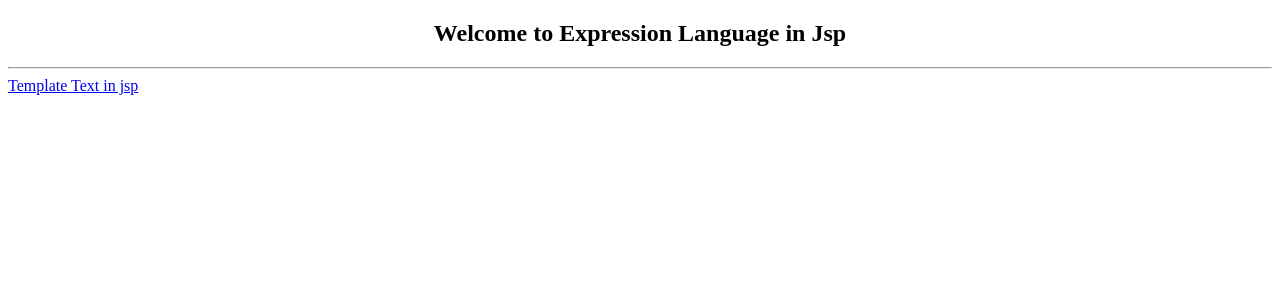
Repository: imrangthub/BlogUsingCoreJava
Page: http://localhost/StartingJsp_00/ExpressionLanguageOfJsp/index.jsp
An editor plug-in stored every save of this project. The page is shown before and after the next save, followed by the edit.
The browser window is 1280 px wide. The pictures show the whole page.
The page is served by Tomcat 9.

Above is the page before, as saved 2016-12-25 13:07:32.

After the next save:
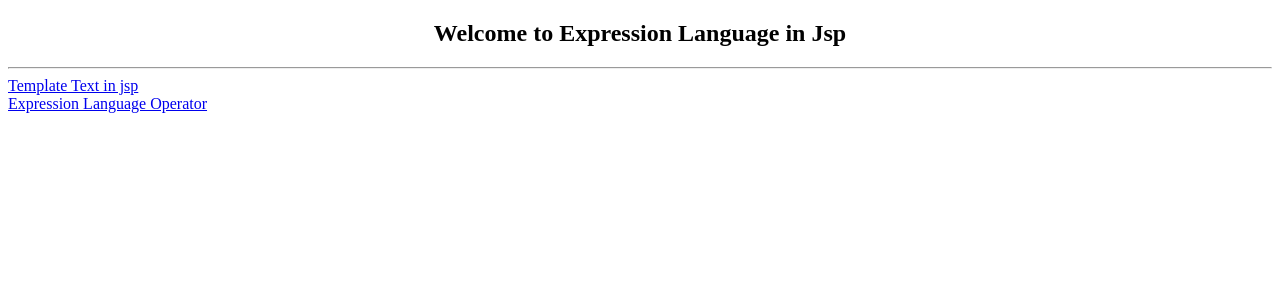
Saved 31 s later.
--- a/StartingJsp_00/WebContent/ExpressionLanguageOfJsp/index.jsp
+++ b/StartingJsp_00/WebContent/ExpressionLanguageOfJsp/index.jsp
@@ -9,7 +9,8 @@
 <body>
 <h2 align="center">Welcome to Expression Language in Jsp</h2>
 <hr/>
-<a href="templateText.jsp">Template Text in jsp</a>
+<a href="templateText.jsp">Template Text in jsp</a><br/>
+<a href="expLanOperator.jsp">Expression Language Operator</a>
 
 </body>
 </html>
